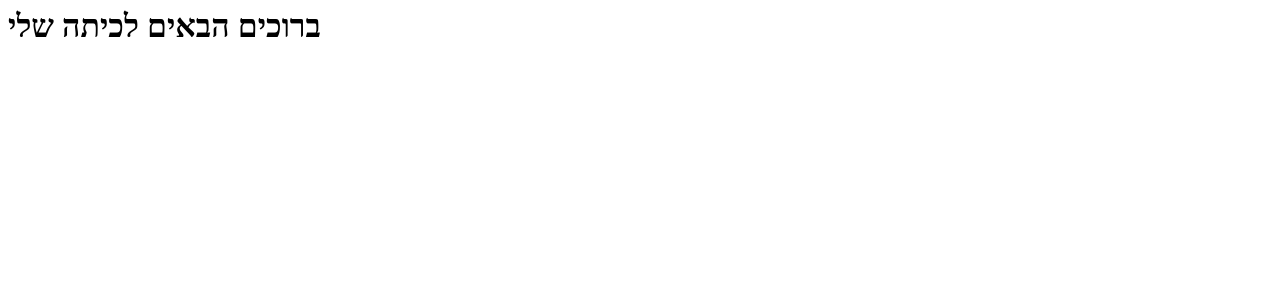
Repository: chaim1989/MyClass
Page: public/index.html
The author's editor kept a copy of each file at every save. The page is drawn from the files as they stood at one save, then again after the next save.
The browser window is 1280 px wide. The pictures show the whole page.

Above is the page before, as saved 2021-10-12 16:37:53.

After the next save:
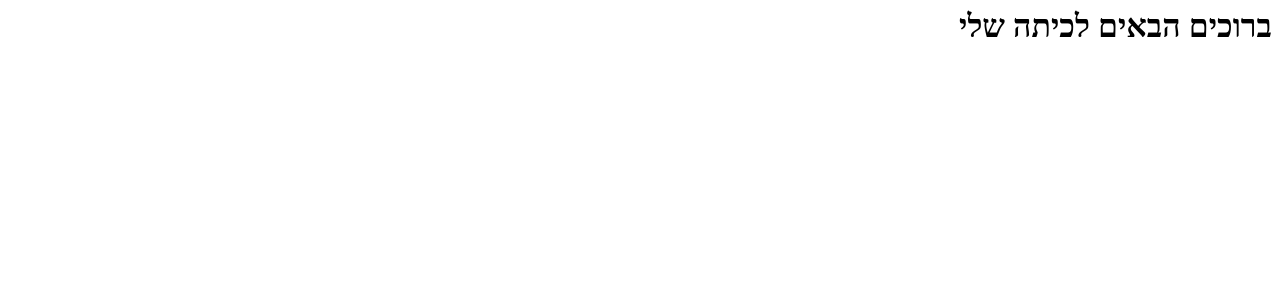
Saved 10 s later.
--- a/public/index.html
+++ b/public/index.html
@@ -1,4 +1,4 @@
-<html >
+<html dir="rtl" lang="he">
     <head>
         <title>MyClass</title>
 
